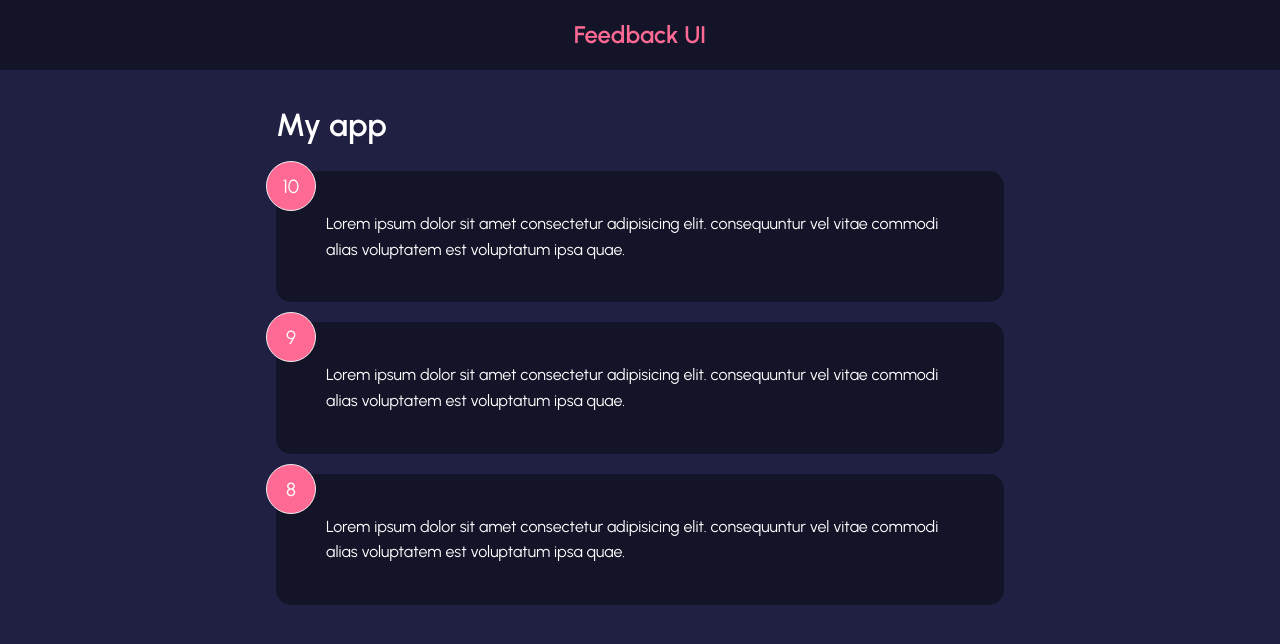
Repository: Vasil1001/feedback-project-react
Page: /
These files come from the project's save history. The page is drawn as it stood at one moment and after the next save; the edit follows.
The browser window is 1280 px wide. The pictures show the whole page.
The project was rebuilt for these pictures with package versions that can differ from the ones it lists, and the page was loaded fresh each time. Also part of the build but not shown: vite.config.js.

Above is the page before, as saved 2022-12-28 22:32:54.

After the next save:
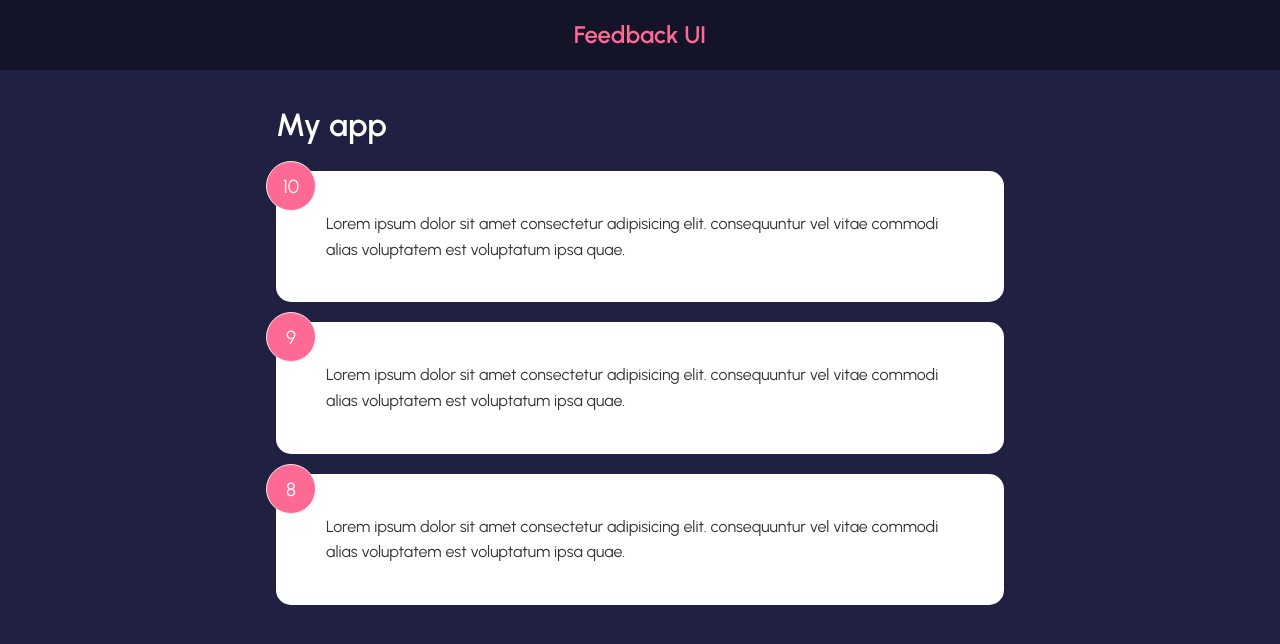
Saved 16 s later.
--- a/src/components/FeedbackItem.jsx
+++ b/src/components/FeedbackItem.jsx
@@ -4,7 +4,7 @@
 function FeedbackItem({item}) {
     return (
 
-        <Card reverse={true}>
+        <Card>
             <div className="num-display">{item.rating}</div>
             <div className="text-display">{item.text}</div>
         </Card>

After the save that followed:
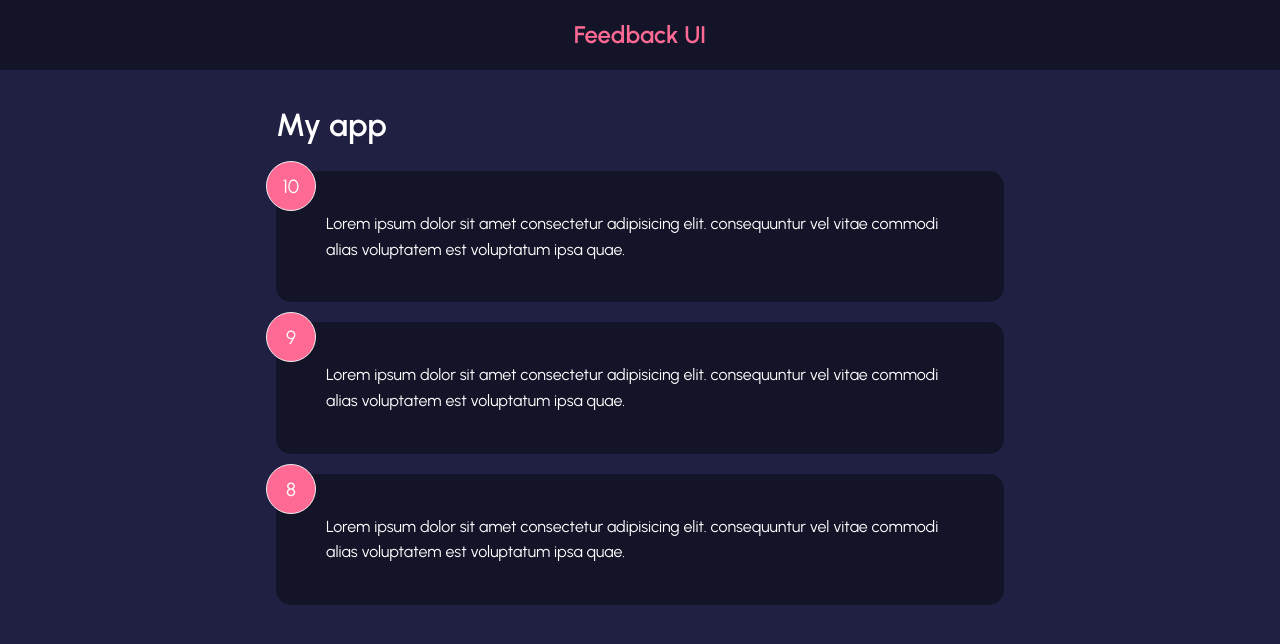
Saved 5 s later.
--- a/src/components/FeedbackItem.jsx
+++ b/src/components/FeedbackItem.jsx
@@ -4,7 +4,7 @@
 function FeedbackItem({item}) {
     return (
 
-        <Card>
+        <Card reverse={true}>
             <div className="num-display">{item.rating}</div>
             <div className="text-display">{item.text}</div>
         </Card>
